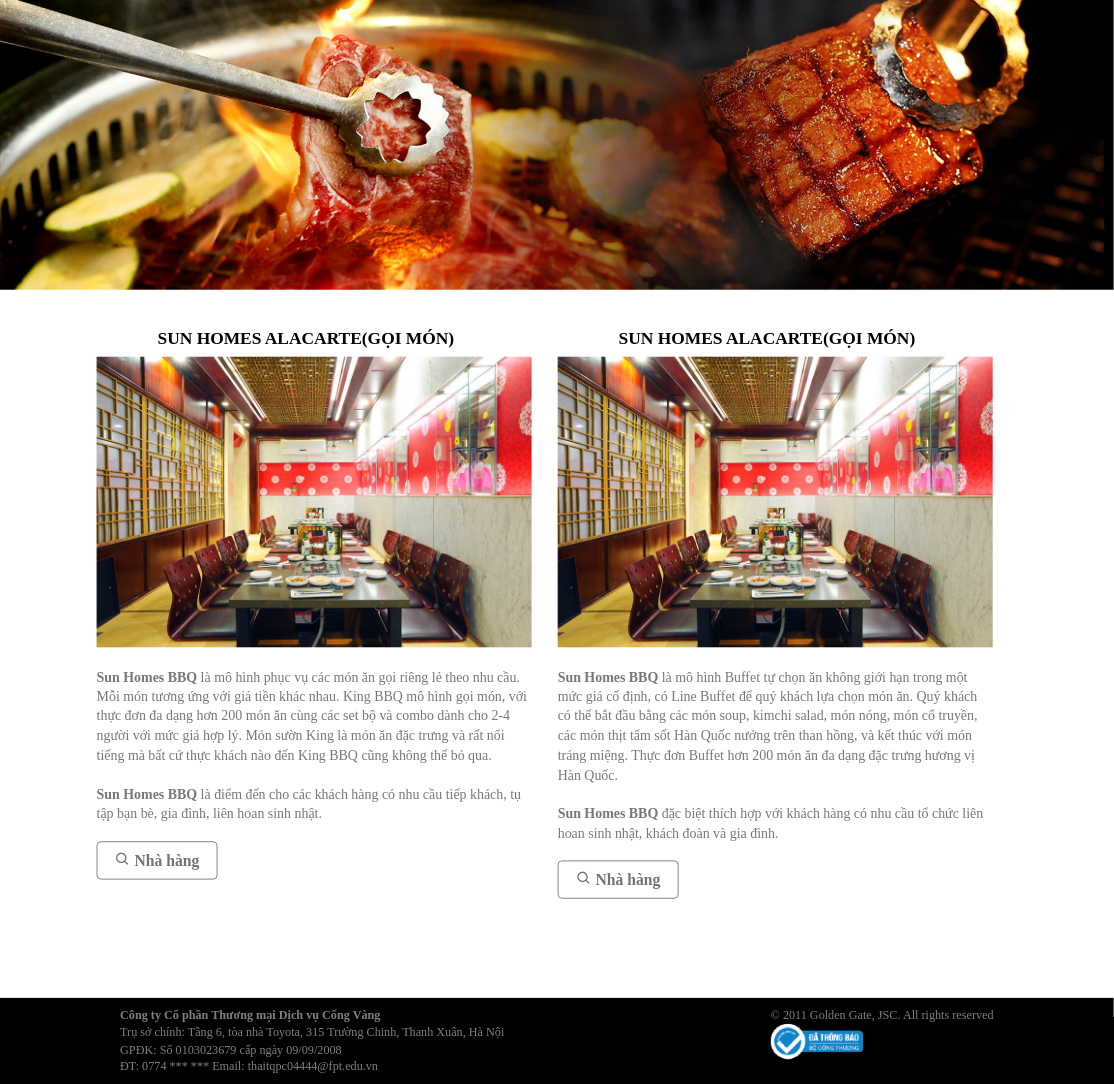
Repository: QUANGTHAI2003/sunhomesbbq
Page: GioiThieu.html
The author's editor kept a copy of each file at every save. The page is drawn from the files as they stood at one save, then again after the next save.
The browser window is 1280 px wide. The pictures show the whole page, at 87% of full size.

Above is the page before, as saved 2022-02-13 12:13:57.

### GioiThieu.html
<!DOCTYPE html>
<html lang="en">
<head>
    <meta charset="UTF-8">
    <meta http-equiv="X-UA-Compatible" content="IE=edge">
    <meta name="viewport" content="width=device-width, initial-scale=1.0">
    <title>Document</title>
    <link href='https://unpkg.com/boxicons@2.1.1/css/boxicons.min.css' rel='stylesheet'>
    <link rel="stylesheet" href="style.css">
</head>
<body>
    <img src="img/banner.jpg" width="100%" top="0" alt="">
    <div class="wrapper">
        <div class="Gioi-Thieu1">
            <div class="heading-GT">SUN HOMES ALACARTE(GỌI MÓN)</div>
                <img src="./img/Gioi-Thieu1.jpg" alt="">
                <p class="para-GT"><strong>Sun Homes BBQ</strong> là mô hình phục vụ các món ăn gọi riêng lẻ theo nhu cầu. Mỗi món tương ứng với giá tiền khác nhau. King
                BBQ mô hình gọi món, với thực đơn đa dạng hơn 200 món ăn cùng các set bộ và combo dành cho 2-4 người với mức giá hợp lý.
                Món sườn King là món ăn đặc trưng và rất nổi tiếng mà bất cứ thực khách nào đến King BBQ cũng không thể bỏ qua. <br> <br>
                <strong>Sun Homes BBQ</strong> là điểm đến cho các khách hàng có nhu cầu tiếp khách, tụ tập bạn bè, gia đình, liên hoan sinh nhật.</p>
                <div class="btn-res">
                    <i class="bx bx-search"></i>
                    Nhà hàng
                </div>
        </div>
        <div class="Gioi-Thieu2">
            <div class="heading-GT">SUN HOMES ALACARTE(GỌI MÓN)</div>
                <img src="./img/Gioi-Thieu1.jpg" alt="">
                <p class="para-GT">
                    <strong>Sun Homes BBQ</strong> là mô hình Buffet tự chọn ăn không giới hạn trong một mức giá cố định, có Line Buffet để quý khách lựa
                    chọn món ăn. Quý khách có thể bắt đầu bằng các món soup, kimchi salad, món nóng, món cổ truyền, các món thịt tẩm sốt Hàn
                    Quốc nướng trên than hồng, và kết thúc với món tráng miệng. Thực đơn Buffet hơn 200 món ăn đa dạng đặc trưng hương vị
                    Hàn Quốc. <br> <br>
                    <strong>Sun Homes BBQ</strong> đặc biệt thích hợp với khách hàng có nhu cầu tổ chức liên hoan sinh nhật, khách đoàn và gia đình.
                <div class="btn-res">
                    <i class="bx bx-search"></i>
                    Nhà hàng
                </div>
        </div>
    </div>
    <div class="footer">
        <div class="copyright">
            <div class="address">
                <b>Công ty Cổ phần Thương mại Dịch vụ Cổng Vàng</b> <br>
                Trụ sở chính: Tầng 6, tòa nhà Toyota, 315 Trường Chinh, Thanh Xuân, Hà Nội <br>
                GPĐK: Số 0103023679 cấp ngày 09/09/2008 <br>
                ĐT: 0774 *** *** Email: thaitqpc04444@fpt.edu.vn <br>
            </div>
            <div class="logo-footer">
                © 2011 Golden Gate, JSC. All rights reserved <br>
                <img src="img/logo.png" alt="">
            </div>
        </div>
    </div>
</body>
</html>

### style.css
* {
    margin: 0;
    padding: 0;
    box-sizing: border-box;
}
html {
    scroll-behavior: smooth;
}
.container {
    overflow: hidden;
}

.header {
    height: 100px;
    background-color: #000;
    position: fixed;
    top: 0;
    right: 0;
    left: 0;
}

.header img {
    padding: 8px;
    width: 350px;
}
/* Navigation bar */

.nav {
    max-width: 85%;
    display: flex;
}

#logo {
    float: left;
    padding: 0 100px;
}

@media screen and (max-width: 1400px) {
    #logo {
        padding: 6px 50px;
    }
    .header img {
        width: 300px;
    }
    .nav a {
        font-size: 14px;
    }
}

.nav > ul {
    flex-wrap: wrap;
}

.nav li {
    list-style: none;
    line-height: 100px;
    font-weight: 500;
}

.nav li a {
    color: #c6c6c6;
    padding: 6px 15px;
    text-decoration: none;
}
.nav li a:active,
.nav li a:hover {
    color: #f3e385;
    font-weight: bold;
}
.nav li:active a {
    color: #f3e385;
    font-weight: bold;
}

.nav li:last-child a {
    border: 1px solid #c6c6c6;
    border-radius: 5px;
    text-transform: none;
}

.nav li:last-child a:hover {
    background-color: #f3e385;
    color: #000;
}
/* Content */
.content {
    height: 100vh;
}

.section-heading {
    font-family: 'Berkshire Swash', cursive;
    font-size: 30px;
    letter-spacing: 2px;
    word-spacing: 8px;
}

.content-section-sunhomes {
    display: flex;
    max-width: 85%;
    background-size: cover;
    background-position: 50% 50%;
    margin: 0 auto;
    padding: 24px;
}

.section-left-sunhomes {
    padding: 0 15px 30px;
    width: 50%;
}

.section-left-sunhomes .section-heading {
    font-size: 50px;
    margin: 0 0 15px;
    font-family: Berkshire Swash;
}

.section-left-sunhomes .section-content {
    font-size: 16px;
    margin: 0 0 20px;
    line-height: 1.4;
    color: #777777;
}

.section-left-sunhomes .section-content span {
    font-weight: 700;
}
.section-images-sunhomes {
    flex-basis: 50%;
}

.section-images-sunhomes img {
    width: 260px;
    height: 400px;
    flex-basis: 50%;
    padding: 15px;
}

@media screen and (max-width: 1400px) {
    .section-images-sunhomes img {
        width: 220px;
    }
}

.img-1 {
    display: inline-block;
    overflow: hidden;
    position: relative;
}

.img-1 img {
    transition: all 0.5s ease-in-out;
}

.img-1:hover img {
    -webkit-transform: scale(1.1);
    transform: scale(1.2);
}

.img-2 {
    display: inline-block;
    overflow: hidden;
    position: relative;
}

.img-2 img {
    transition: all 0.5s ease-in-out;
}

.img-2:hover img {
    -webkit-transform: scale(1.1);
    transform: scale(1.1);
}

.content-section-menu {
    display: flex;
    max-width: 85%;
    background-size: cover;
    background-position: 50% 50%;
    margin: 0 auto;
    padding: 24px;
}
.section-images-menu {
    display: flex;
}

.section-right-menu {
    flex: 1;
    padding: 30px 30px;
}

.section-right-menu .section-heading {
    color: #c0c0c0;
    font-size: 50px;
    margin: 0 15px;
}

.section-right-menu .section-content {
    font-size: 16px;
    margin: 0 20px;
    line-height: 1.4;
    color: #777777;
}

.section-right-menu .section-content span {
    font-weight: 700;
}
.section-images-menu {
    flex: 1;
}

.img-3 {
    filter: grayscale(100%);
}

.img-3:hover {
    filter: grayscale(0%);
    transition: 0.8s;
}

.img-4 {
    filter: grayscale(100%);
}

.img-4:hover {
    filter: grayscale(0%);
    transition: 0.8s;
}

.img-5 {
    filter: grayscale(100%);
}

.img-5:hover {
    filter: grayscale(0%);
    transition: 0.8s;
}

.img-6 {
    filter: grayscale(100%);
}

.img-6:hover {
    filter: grayscale(0%);
    transition: 0.8s;
}

.section-images-menu img {
    width: 280px;
    height: 200px;
    flex-basis: 25%;
    padding: 15px;
}

.bg-menu {
    background-color: #000;
    height: 480px;
}

.btn-menu {
    display: inline-block;
    color: #c0c0c0;
    font-size: 18px;
    padding: 10px 20px;
    border: 1px solid #c6c6c6;
    border-radius: 5px;
    text-transform: none;
    margin: 12px 20px;
}

.btn-menu:hover {
    color: #555;
    background: #ccc;
    font-weight: bold;
}

.btn-menu .icon-menu {
    color: #c0c0c0;
    font-size: 16px;
}

.btn-menu:hover .icon-menu {
    color: #555;
    background: #ccc;
    font-weight: bold;
}

.icon-menu:hover {
    color: #ccc;
    background: #000;
}

.btn-res {
    display: inline-block;
    color: #727272;
    font-size: 18px;
    padding: 10px 20px;
    border: 1px solid #727272;
    border-radius: 5px;
    text-transform: none;
    font-weight: bold;
}

.btn-res:hover {
    color: #ccc;
    background: #555;
    font-weight: bold;
}

.btn-res .icon-menu {
    color: #000;
    font-size: 16px;
}

/* Footer */
.footer {
    background: #000;
    font-size: 14px;
    line-height: 1.4;
}

.copyright {
    display: flex;
    max-width: 80%;
    margin: 0 auto;
    justify-content: space-between;
    color: #ffffff80;
    padding: 10px;
    bottom: 0;
    top: 0;
}

.sign-now {
    background: url(./img/banner.jpg);
    width: 100%;
    height: 100px;
}

.endow {
    max-width: 80%;
    margin: 0 auto;
    opacity: 1;
}

.sign-now span {
    color: #000;
    line-height: 100px;
    margin: 0 20px;
    font-size: 18px;
    font-weight: 500;
}

.sign-now .endow #Email {
    width: 360px;
    height: 40px;
    border-radius: 20px;
    padding: 0 15px;
    margin: 0 5px 0 120px;
    background: rgba(204, 204, 204, 0.4);
    outline: none;
}

.sign-now .endow #Email::placeholder {
    color: #fff;
    font-size: 18px;
}

.sign-now .endow #sign {
    width: 150px;
    height: 40px;
    border-radius: 8px;
    background: #f3e385;
}

.sign-now .endow #sign::placeholder {
    color: #000;
    font-size: 18px;
    font-weight: bold;
}

.sign-now .endow #sign:hover {
    opacity: 0.8;
}

@media screen and (max-width: 1400px) {
    .sign-now span {
        font-size: 16px;
    }

    .sign-now .endow #Email {
        margin: 0 5px 0 60px;
        width: 200px;
    }

    .sign-now .endow #sign {
        width: 120px;
    }
}

.brand {
    display: flex;
    height: 100px;
    justify-content: space-between;
    align-items: center;
    margin: 0 auto;
    max-width: 85%;
}

.brand img {
    width: 8%;
    height: 50px;
}

.brand1 {
    filter: grayscale(100%);
}

.brand1:hover {
    filter: grayscale(0%);
    transition: 0.8s;
}

.brand2 {
    filter: grayscale(100%);
}

.brand2:hover {
    filter: grayscale(0%);
    transition: 0.8s;
}

.brand3 {
    filter: grayscale(100%);
}

.brand3:hover {
    filter: grayscale(0%);
    transition: 0.8s;
}

.brand4 {
    filter: grayscale(100%);
}

.brand4:hover {
    filter: grayscale(0%);
    transition: 0.8s;
}

.brand5 {
    filter: grayscale(100%);
}

.brand5:hover {
    filter: grayscale(0%);
    transition: 0.8s;
}

.brand6 {
    filter: grayscale(100%);
}

.brand6:hover {
    filter: grayscale(0%);
    transition: 0.8s;
}

.brand7 {
    filter: grayscale(100%);
}

.brand7:hover {
    filter: grayscale(0%);
    transition: 0.8s;
}

.brand8 {
    filter: grayscale(100%);
}

.brand8:hover {
    filter: grayscale(0%);
    transition: 0.8s;
}

.brand9 {
    filter: grayscale(100%);
}

.brand9:hover {
    filter: grayscale(0%);
    transition: 0.8s;
}

.brand10 {
    filter: grayscale(100%);
}

.brand10:hover {
    filter: grayscale(0%);
    transition: 0.8s;
}

#myBtn {
    position: fixed;
    bottom: 30px;
    right: 10px;
    float: right;
    right: 5%;
    left: 95%;
    max-width: 30px;
    width: 80px;
    height: 30px;
    font-size: 20px;
    border-color: rgba(85, 85, 85, 0.2);
    background-color: rgb(100, 100, 100);
    padding: 1px;
    border-radius: 60px;
}

.arrow {
    font-size: 20px;
    padding: 1px 0;
}

#myBtn:hover {
    opacity: 0.8;
}

/* Gioi Thieu */
.wrapper {
    display: flex;
    max-width: 85%;
    margin: 0 auto;
}

.heading-GT {
    display: inline-block;
    font-size: 24px;
    padding: 10px 90px;
    font-weight: bold;
}

.para-GT {
    line-height: 1.4;
    margin: 20px 0;
    color: #777777;
}

.Gioi-Thieu1,
.Gioi-Thieu2 {
    width: 600px;
    height: 750px;
    margin: 30px 30px;
}

.Gioi-Thieu1 img,
.Gioi-Thieu2 img {
    width: 600px;
}

@media screen and (max-width: 1400px) {
    .Gioi-Thieu1,
    .Gioi-Thieu2 {
        width: 500px;
        margin: 30px 15px;
    }

    .Gioi-Thieu1 img,
    .Gioi-Thieu2 img {
        width: 500px;
    }

    .heading-GT {
        display: inline-block;
        font-size: 20px;
        padding: 10px 70px;
        font-weight: bold;
    }
}

After the next save:
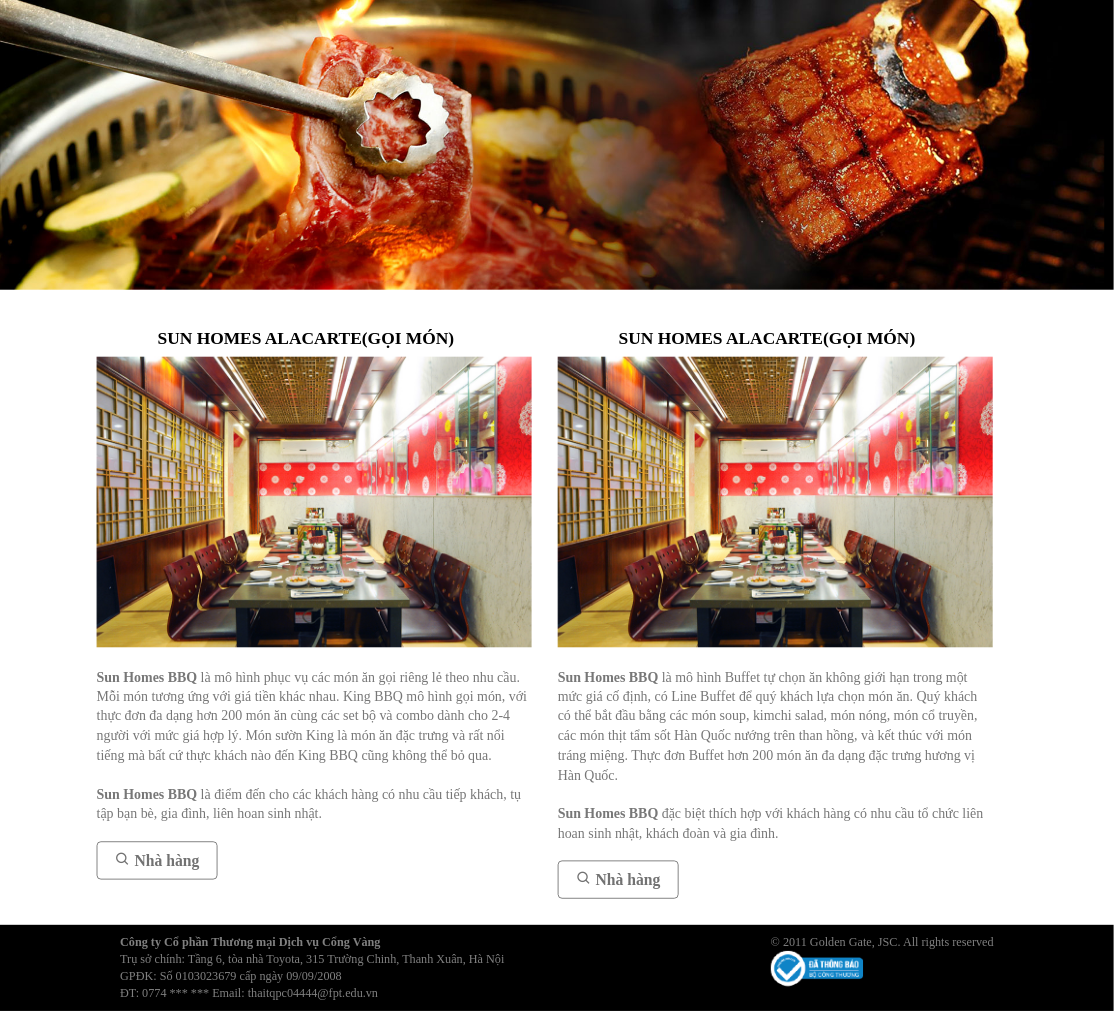
Saved 10 s later.
--- a/style.css
+++ b/style.css
@@ -549,7 +549,6 @@
 .Gioi-Thieu1,
 .Gioi-Thieu2 {
     width: 600px;
-    height: 750px;
     margin: 30px 30px;
 }
 
